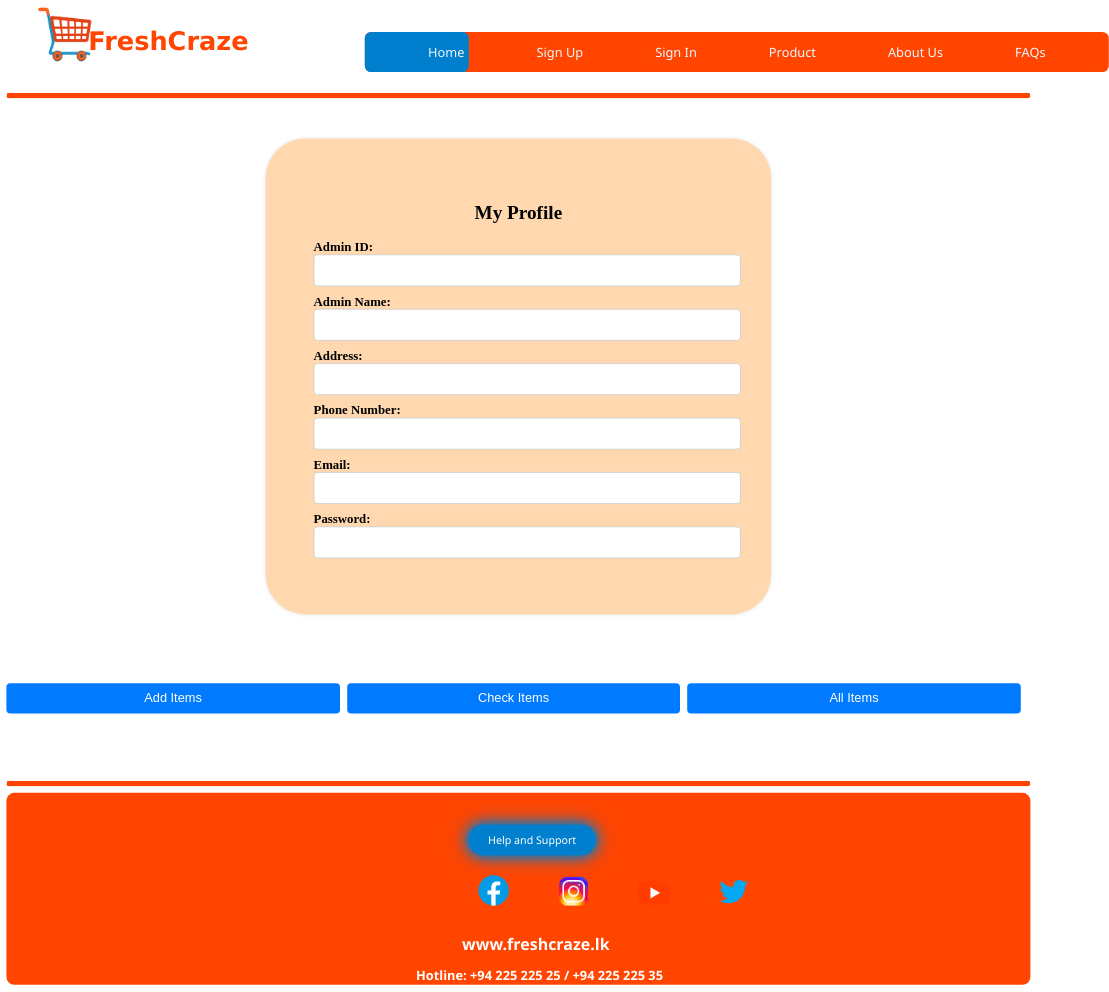
Repository: shanika2002/FreshCraze
Page: http://localhost/itemDem/profile.jsp
The author's editor kept a copy of each file at every save. The page is drawn from the files as they stood at one save, then again after the next save.
The browser window is 1280 px wide. The page is 1386 px wide, so the pictures cover 1386 px, including what lies to the right of the window. The pictures show the whole page, at 80% of full size.
The page is served by Tomcat 9. Other server files are loaded and not shown. The template is opened directly, without the code that normally fills it, so the values that code supplies are empty.

Above is the page before, as saved 2024-05-11 08:31:08.

### itemDem/src/main/webapp/profile.jsp
<%@ page language="java" contentType="text/html; charset=ISO-8859-1"
	pageEncoding="ISO-8859-1"%>

<%@ taglib uri="http://java.sun.com/jsp/jstl/core" prefix="c"%>

<!DOCTYPE html>
<html>
<head>
<link rel="stylesheet" href="css/adminprofile.css">
<meta charset="ISO-8859-1">
<title>Insert title here</title>
</head>
<body>

	<img src="images\logo.png" class="logo">

	<h1 class="logo_topic">FreshCraze</h1>

	<nav class="navbar">
		<a href="index.jsp">Home</a> <a href="register.jsp">Sign Up</a> <a href="mainLogin.jsp">Sign
			In</a> <a href="addItem.jsp">Product</a> <a href="link">About Us</a> <a
			href="link">FAQs</a> <span></span>
	</nav>

	<hr class="topic_line">

<div class="container">
	<h2>My Profile</h2>

	<c:set var="ad" value="${admin}" />
	<div class="form-group">
		<label for="supplierid">Admin ID:</label> <input type="text"
			id="adminid" name="adminid" required value="${ad.id }">
	</div>
	<div class="form-group">
		<label for="suppliername">Admin Name:</label> <input type="text"
			id="adminname" name="adminname" required value="${ad.name }">
	</div>
	<div class="form-group">
		<label for="address">Address:</label> <input type="text" id="address"
			name="address" required value="${ad.address }">
	</div>
	<div class="form-group">
		<label for="phonenumber">Phone Number:</label> <input type="tel"
			id="phonenumber" name="phonenumber" pattern="[0-9]{10}" required
			value="${ad.phoneNumber }">
	</div>
	<div class="form-group">
		<label for="email">Email:</label> <input type="email" id="email"
			name="email" required value="${ad.email }">
	</div>
	<div class="form-group">
		<label for="password">Password:</label> <input type="password"
			id="text" name="password" required value="${ad.password }">
	</div>
</div>
	<br><br>

	<form action="addItem.jsp" method="post">
		<button type="submit">Add Items</button><br><br>
	</form>

	<form action="checkItem.jsp" method="post">
		<button type="submit">Check Items</button><br><br>
	</form>

	<form action="adminItem" method="post">
		<button type="submit">All Items</button><br><br>
	</form>

	<hr class="footer_line">

	<div class="footer">
		<a href="link" target="_blank">
			<button type="button" class="help_button">Help and Support</button>
		</a>

		<div class="fb_icon">
			<a href="https://www.facebook.com/" target="_blank"><img
				src="images/facebook.png"></a>
		</div>

		<div class="insta_icon">
			<a href="https://www.instagram.com/" target="_blank"><img
				src="images/insta.png"></a>
		</div>

		<div class="twitt_icon">
			<a href="https://www.twitter.com/" target="_blank"><img
				src="images/Twitter.png"></a>
		</div>

		<div class="yt_icon">
			<a href="https://www.youtube.com/" target="_blank"><img
				src="images/yt.png"></a>
		</div>
	</div>

	<div class="contacts">
		<h1 class="link">www.freshcraze.lk</h1>
		<h1>Hotline: +94 225 225 25 / +94 225 225 35</h1>
	</div>

</body>
</html>

### itemDem/src/main/webapp/css/adminprofile.css
@charset "ISO-8859-1";

body{
    background-color: #ffffff;
    background-repeat: no-repeat;
    background-attachment: fixed;
    background-position: center;
    width: 100%;
}

.logo{
    width: 70px;
    height: 70px;
    margin-left: 3%;
}

.logo_topic{
    font-family: verdana;
    margin-left: 8%;
    margin-top: -3.9%;
    color: orangered;
}

.navbar{
    margin-left:35%;
    margin-top:-4%;
    padding: 0;
    box-sizing: border-box;
    font-family: 'Segoe UI';
    display: flex;
    justify-content:center;
    align-items: center;
    min-height: 5vh;

    position:relative;
    background-color: orangered;
    border-radius: 8px;
    width: 930px;
    height: 50px;
    display: flex;
}

nav a{
    position: relative;
    display: inline-block;
    font-size: 1em;
    font-weight: 500;
    color: aliceblue;
    text-decoration: none;
    padding: 45px;
    z-index: 1;
}

nav span{
    position: absolute;
    top: 0;
    left: 0;
    width: 130px;
    height: 100%;
    background-color:rgb(0, 127, 206);
    border-radius: 8px;
    transition: .3s;
}

nav a:nth-child(1):hover~span{
    left: 0;
    width: 400;
}

nav a:nth-child(2):hover~span{
    left: 170px;
    width: 110px;
}

nav a:nth-child(3):hover~span{
    left:300px;
    width: 110px;
}

nav a:nth-child(4):hover~span{
    left: 450px;
    width: 150px;
}

nav a:nth-child(5):hover~span{
    left: 650px;
    width: 110px;
}

nav a:nth-child(6):hover~span{
    left: 805px;
    width: 125px;
}



.topic_line{
    border: none;
    margin-top: 2%;
    border-top: 7px solid orangered;
    border-radius: 10px;
}

.help_button{
    box-shadow:0 0 15px rgb(0, 127, 206),0 0 25px rgb(0, 127, 206);
    border: none;
    width: 160px;
    margin-left: 44%;
    font-family: 'Segoe UI';
    padding: 10px 12px;
    color: #ffffff;
    background-color:rgb(0, 127, 206);
    border-radius: 20px;
}

.help_button:hover{
    box-shadow: 0 0 25px rgb(0, 127, 206);
}

.fb_icon{
    margin-left: 560px;
    margin-top: 20px;
}

.insta_icon{
    margin-left: 660px;
    margin-top: -51px;
}

.yt_icon{
    margin-left: 760px;
    margin-top: -51px;
}

.twitt_icon{
    margin-left: 860px;
    margin-top: -51px;
}

.container {
    width: 40%;
    margin: 50px auto;
    background-color: #ffd8b0;
    padding: 60px;
    border-radius: 50px;
    box-shadow: 0 0 5px rgba(0, 0, 0, 0.1);
  }

  h2 {
    text-align: center;
  }

  form {
    width: 100%;
  }

  .form-group {
    margin-bottom: 10px;
  }

  .form-group label {
    display: block;
    font-weight: bold;
  }

  .form-group input[type="text"],
  .form-group input[type="email"],
  .form-group input[type="tel"],
  .form-group input[type="password"]{
    width: 100%;
    padding: 10px;
    border: 1px solid #ccc;
    border-radius: 5px;
    font-size: 16px;
  }


form {
    display: inline-block;
    width: calc(33.33% - 10px);
    margin-right: 5px;
}

button[type="submit"] {
    display: block; /* Ensures button fills the form's width */
    width: 100%;
    background-color: #007bff;
    color: #fff;
    padding: 10px 20px;
    border: none;
    border-radius: 5px;
    cursor: pointer;
    font-size: 16px;
    margin-bottom: 10px; /* Optional: Adjust for vertical spacing */
}

button[type="submit"]:hover {
    background-color: #0056b3;
}


.footer{
    height: 200px;
    background-color: orangered;
    padding-top: 40px;
    padding-left: 25px;
    border-radius: 10px;
}

.footer_line{
    border: none;
    margin-top: 3%;
    border-top: 7px solid orangered;
    border-radius: 10px;
}

.contacts{
    font-size: 8px;
    color:rgb(255, 255, 255);
    font-family: 'Segoe UI';
    margin-left: 40%;
    margin-top: -5%;
}

.link{
    font-size: 20px ;
    margin-top: -6%;
    margin-left: 7.5%;
}

After the next save:
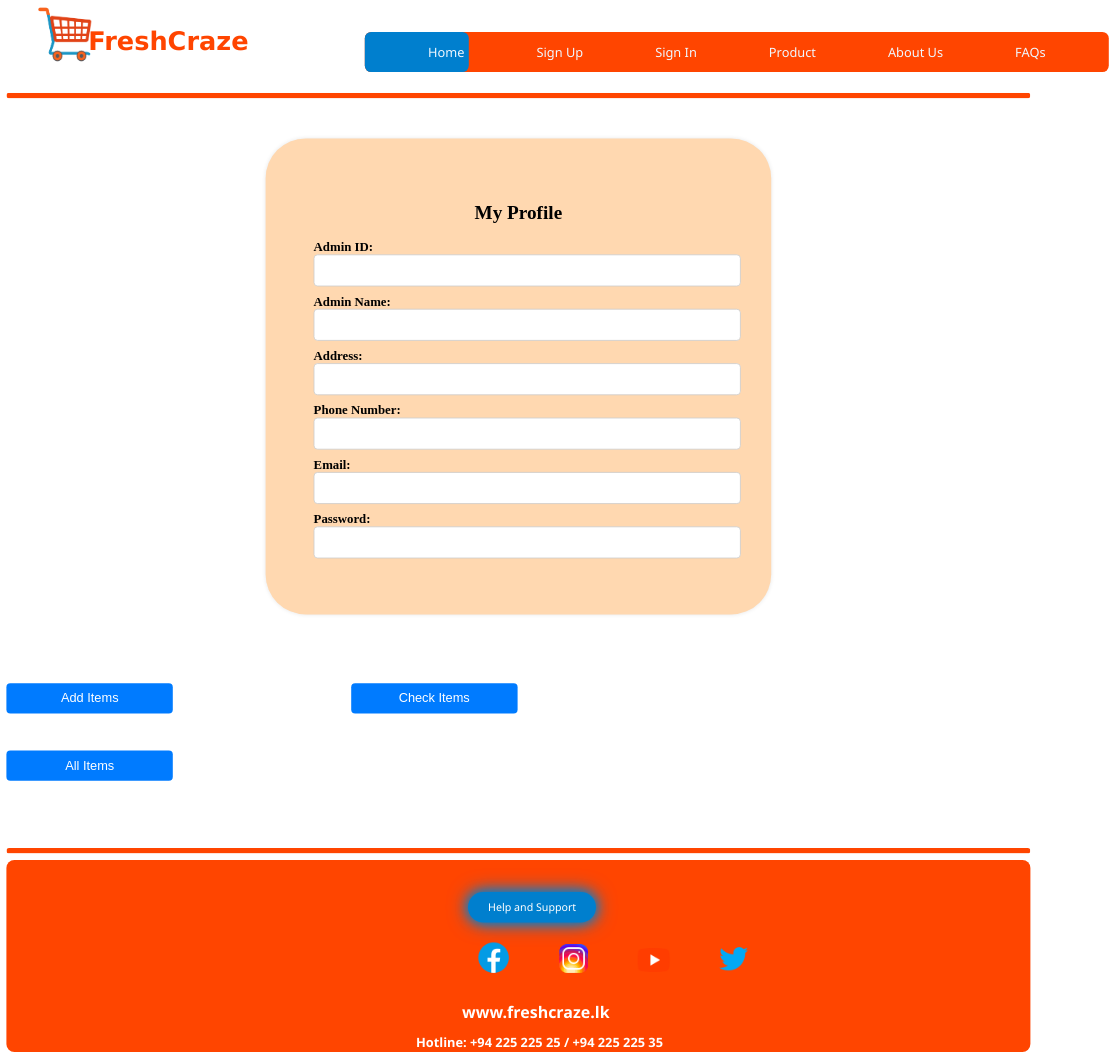
Saved 25 s later.
--- a/itemDem/src/main/webapp/css/adminprofile.css
+++ b/itemDem/src/main/webapp/css/adminprofile.css
@@ -178,12 +178,12 @@ nav a:nth-child(6):hover~span{
 form {
     display: inline-block;
     width: calc(33.33% - 10px);
-    margin-right: 5px;
+    margin-right: 10px;
 }
 
 button[type="submit"] {
-    display: block; /* Ensures button fills the form's width */
-    width: 100%;
+    display: block;
+    width: 50%;
     background-color: #007bff;
     color: #fff;
     padding: 10px 20px;
@@ -191,7 +191,7 @@ button[type="submit"] {
     border-radius: 5px;
     cursor: pointer;
     font-size: 16px;
-    margin-bottom: 10px; /* Optional: Adjust for vertical spacing */
+    margin-bottom: 10px;
 }
 
 button[type="submit"]:hover {
